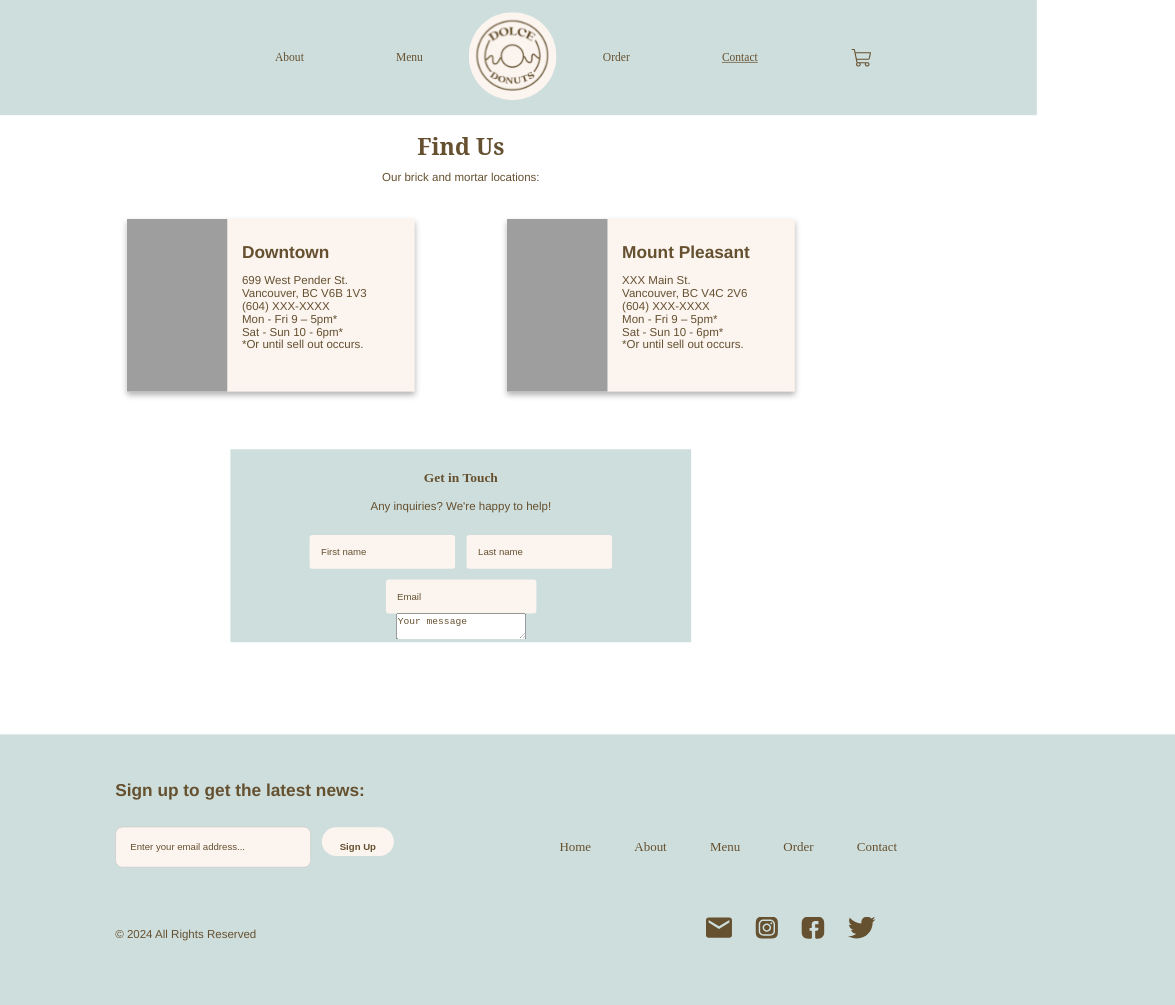
Repository: Crystalhtc/dolcedonuts
Page: /contact
The author's editor kept a copy of each file at every save. The page is drawn from the files as they stood at one save, then again after the next save.
The browser window is 1280 px wide. The page is 1632 px wide, so the pictures cover 1632 px, including what lies to the right of the window. The pictures show the whole page, at 72% of full size.
Pictures or frames that could not be fetched are drawn as grey boxes. The project was rebuilt for these pictures with package versions that can differ from the ones it lists, and the page was loaded fresh each time. Also part of the build but not shown: vite.config.js, src/pages/Home.module.css, src/pages/Home.jsx, src/components/ProductCard/ProductCard.jsx, src/Data/products.js, src/pages/Order.css, src/pages/Menu.jsx, src/pages/Order.jsx and 13 more.

Above is the page before, as saved 2024-10-20 15:27:16.

### src/App.jsx
import React from 'react';
import "./App.css";
import { BrowserRouter as Router, Route, Routes } from 'react-router-dom';
import Header from './components/Header/Header';
import Footer from './components/Footer/Footer';
import Home from './pages/Home';
import Menu from './pages/menu';
import Order from './pages/order';
import Contact from './pages/Contact';
import About from './pages/About';
import Checkout from './pages/Checkout';
import Cart from './pages/Cart';
import ProductDetails from './pages/ProductDetails';
import PaymentReview from './pages/PaymentReview';

function App() {

  return (
    <Router>
      <Header />
      <Routes>
        <Route path="/" element={<Home />} />
        <Route path="/about" element={<About />} />
        <Route path="/menu" element={<Menu />} />
        <Route path="/order" element={<Order />} />
        {/* <Route path="/productdetails/:id" element={<ProductDetails />} /> */}
        <Route path="/productdetails" element={<ProductDetails />} />
        <Route path="/contact" element={<Contact />} />
        <Route path="/cart" element={<Cart />} />
        <Route path="/checkout" element={<Checkout />} />
        <Route path="/paymentreview" element={<PaymentReview />} />
      </Routes>
      <Footer />
    </Router>
  );
}

export default App;

### src/App.css
@import url('https://fonts.googleapis.com/css2?family=Arimo:ital,wght@0,400..700;1,400..700&display=swap');
@import url('https://fonts.googleapis.com/css2?family=Noto+Serif:ital,wght@0,100..900;1,100..900&display=swap');

:root {
    --mint: #CEDEDC;
    --cream: #FBF4EF;
    --pink: #F5CCD6;
    --dark-pink: #E3BBC5;
    --brown: #655030;
    --dark-brown: #4C3B22;
}
body {
    margin: 0 auto;
}
/* font */
/* heading, button */
h1 {
    font-family: "Noto Serif", serif;
    color: #655030;
    font-size: 28pt;
}
/* subheading */
h2 {
    font-size: 24pt;
    font-family: 'Arimo', sans-serif;
    color: #655030;
}
/* paragraph */
p {
    font-family: 'Arimo', sans-serif;
    color: #655030;
}

.container {
    max-width: 1440px;
    margin: 0 auto;
    height: auto;
    /* padding: 20px;  */
}

### src/components/Header/Header.jsx
import { NavLink } from 'react-router-dom';
import styles from './Header.module.css';
import logo from '../../assets/logo.svg';
import cartIcon from '../../assets/cart-icon.svg';

export default function Header() {
  return (
    <nav className={styles.nav}>
      <ul className={styles.navList}>
        <li className={styles.navItem}>
          <NavLink to="/about" className={({ isActive }) => (isActive ? styles.activeLink : undefined)}>About</NavLink>
        </li>
        <li className={styles.navItem}>
          <NavLink to="/menu" className={({ isActive }) => (isActive ? styles.activeLink : undefined)}>Menu</NavLink>
        </li>
        <li className={styles.logoContainer}>
          <NavLink to="/">
            <img src={logo} alt="Logo" className={styles.logo} />
          </NavLink>
        </li>
        <li className={styles.navItem}>
          <NavLink to="/order" className={({ isActive }) => (isActive ? styles.activeLink : undefined)}>Order</NavLink>
        </li>
        <li className={styles.navItem}>
          <NavLink to="/contact" className={({ isActive }) => (isActive ? styles.activeLink : undefined)}>Contact</NavLink>
        </li>
        <li className={styles.navItem}>
          <NavLink to="/cart" className={({ isActive }) => (isActive ? styles.activeLink : undefined)}>
            <img src={cartIcon} alt="Cart" className={styles.cartIcon} />
          </NavLink>
        </li>
      </ul>
    </nav>
  );
}

### src/components/Footer/Footer.jsx
import React from 'react';
import styles from './Footer.module.css';
import socialMediaIcons from '../../assets/social-media-icons.svg';

const Footer = () => {
    return (
        <footer className={styles.footer}> {/* Use styles for className */}
            <h2 className={styles.signUpMessage}>Sign up to get the latest news:</h2>

            <div className={styles.topContainer}>
                <div className={styles.newsletterSignup}> {/* Use styles for className */}
                    <input type="email" placeholder="Enter your email address..." />
                       <button className={styles.signupButton}>Sign Up</button> {/* Use styles for className */}
                </div>

                 <div className={styles.footerLinks}>
                     <ul className={styles.linkList}>
                        <li><a href="/">Home</a></li>
                        <li><a href="/about">About</a></li>
                        <li><a href="/menu">Menu</a></li>
                        <li><a href="/order">Order</a></li>
                        <li><a href="/contact">Contact</a></li>
                    </ul>
                </div>
            </div>

            <div className={styles.footerBottomContainer}>
                <p>© 2024 All Rights Reserved</p>
                <div className={styles.socialMedia}> {/* Use styles for className */}
                    <img src={socialMediaIcons} alt="Social Media Icons" />
                </div>
            </div>
        </footer>
    );
};

export default Footer;

### src/pages/Contact.jsx
import styles from './Contact.module.css';
import Form from '../components/ContactUsForm/ContactForm';

export default function Contact() {
    return(
        <div className={styles.contactUsContainer}>
            <h1 className={styles.contactUsH1}>Find Us</h1>
            <p>Our brick and mortar locations:</p>
                <div className={styles.contactUsCardContainer}>
                    <div className={styles.contactUsCard}>
                        <div className={styles.locationOne}>
                            <img src="https://images.unsplash.com/photo-1574033566548-f6c3f48cc11e?q=80&w=2160&auto=format&fit=crop&ixlib=rb-4.0.3&ixid=M3wxMjA3fDB8MHxwaG90by1wYWdlfHx8fGVufDB8fHx8fA%3D%3D"
                            alt="cafe table 1"
                            width={140}
                            height={240}
                            className={styles.contactUsImg}
                            />
                            <div>
                                <h2 className={styles.contactUsText}>Downtown</h2>
                                    <p className={styles.contactUsText}> 699 West Pender St.
                                    <br/>
                                    Vancouver, BC V6B 1V3
                                    <br/>
                                    (604) XXX-XXXX
                                    <br/>
                                    Mon - Fri  9 – 5pm*
                                    <br/>
                                    Sat - Sun 10 - 6pm*
                                    <br/>
                                    *Or until sell out occurs.
                                    </p>
                            </div>

                        </div>
                    </div>

                    <div className={styles.contactUsCard}>
                        <div className={styles.locationOne}>
                            <img src="https://images.unsplash.com/photo-1613274554329-70f997f5789f?q=80&w=2574&auto=format&fit=crop&ixlib=rb-4.0.3&ixid=M3wxMjA3fDB8MHxwaG90by1wYWdlfHx8fGVufDB8fHx8fA%3D%3D"
                            alt="cafe table 2"
                            width={140}
                            height={240}
                            className={styles.contactUsImg}
                            />
                            <div>
                                <h2 className={styles.contactUsText}>Mount Pleasant</h2>
                                    <p className={styles.contactUsText}> XXX Main St.
                                    <br/>
                                    Vancouver, BC V4C 2V6
                                    <br/>
                                    (604) XXX-XXXX
                                    <br/>
                                    Mon - Fri  9 – 5pm*
                                    <br/>
                                    Sat - Sun 10 - 6pm*
                                    <br/>
                                    *Or until sell out occurs.
                                    </p>
                            </div>
                        </div>
                    </div>
                </div>
            <Form/>
        </div>
    )
}

### src/components/Header/Header.module.css
.nav {
    width: 1440px;
    height: 160px;
    background-color: var(--mint);
    display: flex;
    justify-content: center;
    flex-shrink: 0;
    margin: auto;
}

.navList {
    list-style-type: none;
    display: flex;
    justify-content: center;
    align-items: center;
    margin: 0;
    padding: 0;
    width: 100%;

    margin-left: 11%;
}

.navItem {
    margin: 0 4rem;
}

.navItem a {
    text-decoration: none;
    color: var(--brown);
}

.logoContainer {
    flex: 0 0 auto;
}

.logo {
    width: 122px;
    height: 122px;
    object-fit: contain;
}

.cartIcon {
    width: 36px;
    height: auto;
}

.navItem .activeLink {
    text-decoration: underline;
    color: var(--brown);
}

### src/components/Footer/Footer.module.css
.footer {
    width: 1440px;
    height: 312px;
    background-color: var(--mint);
    padding: 2rem;
    color: var(--brown);
    padding-left: 10rem;
    flex-shrink: 0;
    margin: auto;
}

.topContainer {
    display: flex;
    align-items: center;
    gap: 10rem;
}

.footerBottomContainer {
    display: flex;
    margin-top: 3rem;
    gap: 39rem;
}

.newsletterSignup input {
    padding: 20px;
    width: 230px;
    border: 1px solid #ccc;
    background-color: var(--cream);
    border-radius: 10px;
}

.signupButton {
    width: 100px;
    padding: 20px;
    margin-left: 15px;
    background-color: var(--cream);
    color: var(--brown);
    font-weight: bold;
    border: none;
    border-radius: 20px;
}

.footerLinks {
    margin: 20px 0;
    display: flex;
    font-size: large;
}

.linkList a {
    color: var(--brown);
    list-style-type: none;
    text-decoration: none;
}

.linkList li {
    text-decoration: none;
    display: inline;
    margin: 0 30px;
}

.socialMedia img {
    width: 250px;
    height: auto;
}

### src/pages/Contact.module.css
.contactUsContainer {
    text-align: center;
}

.contactUsH1 {
    margin-bottom: -2px;
}

.contactUsCardContainer {
    display: flex;
    gap: 10%;
    justify-content: center;
    margin-top: 3rem;
}

.locationOne {
    display: flex;
}

.contactUsText {
    text-align: left;
    padding-left: 20px;
}

.contactUsCard {
    background-color: var(--cream);
    width: 400px;
    box-shadow: 0 4px 8px rgba(0, 0, 0, 0.3);
    margin-bottom: 5rem;
}

### src/components/ContactUsForm/ContactForm.jsx
import { useState } from "react";
import styles from './ContactForm.module.css';

export default function Form() {
    const [firstName, setFirst] = useState('');
    const [lastName, setLast] = useState('');
    const [submitted, setSubmitted] = useState(false);

    const handleSubmission = async (e) => {
        e.preventDefault();
        console.log('Thank you for your inquiry!');
        setSubmitted(true);
    };

    return (
        <>
            {submitted ? (
                <div className={styles.successfulMessage}>
                    <h2>Thank you for your inquiry!</h2>
                    <p>You will hear from us within 14 business days.</p>
                </div>
            ) : (
                <form onSubmit={handleSubmission} className={styles.formContainer}>
                    <div className={styles.nameContainer}>
                        <h3>Get in Touch</h3>
                        <p>Any inquiries? We're happy to help!</p>
                        <div className={styles.nameFieldContainer}>
                            <div className={styles.nameField}>
                                <input
                                    className={styles.inputWidth}
                                    name="firstName"
                                    placeholder="First name"
                                    type="text"
                                    value={firstName}
                                    onChange={(e) => setFirst(e.target.value)}
                                    required
                                />
                            </div>
                            <div className={styles.nameField}>
                                <input
                                    className={styles.inputWidth}
                                    name="lastName"
                                    placeholder="Last name"
                                    type="text"
                                    value={lastName}
                                    onChange={(e) => setLast(e.target.value)}
                                    required
                                />
                            </div>
                        </div>
                        <div className={styles.formPlaceholders}>
                            <input type="email" name="email" placeholder="Email"/>
                        </div>

                        <div className={styles.formPlaceholders}>
                            <textarea name="message" placeholder="Your message"></textarea>
                        </div>
                    </div>

                </form>
            )}
        </>
    );
}

{/* <div className={styles.contactFormContainer}>
            <h2>Get in touch</h2>
            <p>Any inquiries? We're happy to help.</p>
            <form className={styles.form}>
                <div className={styles.formPlaceholdersName}>
                    <input type="text" name="firstName" placeholder="First name"/>
                    <br/>
                    <input type="text" name="lastName" placeholder="Last name"/>
                </div>

                <div className={styles.formPlaceholders}>

                </div>

                <div className={styles.formPlaceholders}>
                    <input type="email" name="email" placeholder="Email"/>
                </div>

                <div className={styles.formPlaceholders}>
                    <textarea name="message" placeholder="Your message"></textarea>
                </div>
            </form>
        </div> */}

### src/pages/Checkout.module.css
.checkoutContainer {
    display: flex;
    align-items: center;
    justify-content: center;
}

input {
    background-color: var(--cream);
    border: none;
    padding: 1rem;
    border-radius: 4px;
}

.contactInputs {
    display: flex;
    flex-direction: column;
}

.checkoutContainer {
    display: flex;
    justify-content: space-between;
    align-items: start;
    padding: 2rem;
    max-width: 1200px;
    margin: 0 auto;
    gap: 3rem;
}

.leftColumn {
    flex: 2;
}

.rightColumn {
    flex: 1;
    padding: 2rem;
    height: fit-content;
    border-left: 1px solid var(--brown);
}

::placeholder {
    color: var(--brown);
}

h3 {
    color: var(--brown);
}

/* Contact Section */
.contactInputs {
    display: flex;
    flex-direction: column;
    gap: 1rem;
}

/* Delivery Section */
.deliveryOptions {
    display: flex;
    flex-direction: column;
    align-items: center;
}

.deliveryToggle {
    display: flex;
    align-items: center;
    gap: 1rem;
    margin: 1rem 0;
    background-color: var(--cream);
    border-radius: 10px;
    padding: 0.5rem;
    width: 60%;
}

/* Delivery Toggle Buttons */
.deliveryToggle {
    display: flex;
    gap: 1rem; /* Space between buttons */
}

.deliveryToggle button {
    padding: 0.75rem 1rem;
    border: none;
    border-radius: 20px;
    cursor: pointer;
    flex: 1;
    transition: background-color 0.3s ease; /* Smooth transition */
}

/* Default styles */
.pickupButton {
    background-color: transparent; /* Inactive state */
    color: var(--brown); /* Text color */
}

.deliveryButton {
    background-color: transparent; /* Inactive state */
    color: var(--brown); /* Text color */
}

/* Active styles */
.pickupButton.active,
.deliveryButton.active {
    background-color: var(--mint); /* Active button color */
}

/* Hover state */
.deliveryToggle button:hover {
    background-color: pink; /* Hover state */
}

/* Optional: Set a specific color for inactive buttons' text */
.deliveryToggle button:not(.active) {
    color: var(--brown); /* Change to desired inactive text color */
}

.addresses {
    display: flex;
    flex-direction: column;
    gap: 1rem;
}

.downtown, .mountPleasant {
    background-color: var(--cream);
    border-radius: 10px;
    padding: 1rem;
    display: flex;
    gap: 1rem;
    align-items: start;
}


/* Payment Section */
.paymentContainer {
    margin: 1rem 0;
}

.creditCardTitle {
    background: var(--mint);
    padding: 0.5rem 1rem;
    margin-bottom: 1rem;
}

.paymentInputs {
    display: flex;
    flex-direction: column;
    gap: 1rem;
}

.fullWidthInput input {
    width: 100%;
}

.halfWidthInput {
    display: flex;
    justify-content: space-between;
}

.firstHalfInput {
    width: 100%;
}

.secondHalfInput {
    width: 100%;
    display: flex;
    justify-content: end;
}

.firstHalfInput input {
    width: 90%;
}

.secondHalfInput input {
    width: 90%;
}

.halfWidthInputField input {
    width: 50%
}

.paymentInputs > div {
    display: flex;
    gap: 1rem;
}

/* Right Column Styling */
.checkoutProducts {
    display: flex;
    flex-direction: column;
    gap: 1rem;
    margin-bottom: 2rem;
}

.discountCode {
    display: flex;
    gap: 1rem;
    margin-bottom: 2rem;
    height: 3rem;
}

.discountInput {
    flex: 1;
    background: none;
    border: 2px solid var(--mint);
}

.discountButton {
    height: 3rem;
    padding: 0 1.5rem;
    background: none;
    border: none;
    border-radius: 10px;
    cursor: pointer;
    background: var(--cream);
}

.discountButton:hover {
    background: var(--brown);
    color: var(--cream);
}

.price {
    display: flex;
    flex-direction: column;
    margin-bottom: 2rem;
}

.subtotal, .tax, .total {
    display: flex;
    justify-content: space-between;
    align-items: center;
}

.total {
    font-weight: bold;
    font-size: 1.2rem;
    border-top: 1px solid #ccc;
    padding-top: 1rem;
}

/* Section Headers */
h1 {
    margin-bottom: 2rem;
    font-size: 2rem;
}

h2 {
    margin: 2rem 0 1rem 0;
    font-size: 1.5rem;
}

/* Responsive Design */
@media (max-width: 768px) {
    .checkoutContainer {
        flex-direction: column;
        padding: 1rem;
    }

    .rightColumn {
        width: 100%;
    }

    .paymentInputs > div,
    .addressInputs > div {
        flex-direction: column;
    }
}

### src/pages/PaymentReview.module.css

.reviewContainer > h1 {
    margin: 2rem auto;
    text-align: center;
    color: var(--brown);
}

.orderReview {
    display: flex;
    justify-content: space-between;
    align-items: start;
    width: 100%;
    gap: 2rem;
}

.orderDetails {
    flex: 2;
    margin-left: 2rem;
}

.orderSummary {
    flex: 1;
    padding: 2rem;
    height: fit-content;
    border-left: 1px solid var(--brown);
}

.orderTable {
    border-collapse: collapse;
    background: var(--cream);
}

.orderTable tr {
    border: 1px solid var(--brown);
}

.orderTable td {
    padding: 1rem;
    color: var(--brown);
}

.orderTable td:first-child {
    font-weight: bold;
    width: 30%;
}

.productList {
    display: flex;
    flex-direction: column;
    gap: 1rem;
    margin-bottom: 2rem;
}

.productCard {
    display: flex;
    gap: 1rem;
    padding: 1rem;
    border: 1px solid var(--brown);
    background-color: var(--cream);
    align-items: start;
    justify-content: start;
}

.productImage {
    width: 80px;
    height: 80px;
    background-color: #f0f0f0;
    border-radius: 4px;
}

.productInfo {
    flex: 1;
    color: var(--brown);
}

.productName {
    font-size: 1.2rem;
    font-weight: bold;
    color: var(--brown);
}

.productPrice {
    color: var(--brown);
    font-weight: bold;
}

.priceSummary {
    display: flex;
    flex-direction: column;
    margin-bottom: 2rem;
}

.subtotal, .tax, .total {
    display: flex;
    justify-content: space-between;
    align-items: center;
    color: var(--brown);
}

.total {
    font-weight: bold;
    font-size: 1.2rem;
    border-top: 1px solid var(--brown);
    padding-top: 1rem;
}

.continueButtonContainer {
    width: 100%;
    display: flex;
    justify-content: center;
    margin-top: 2rem;
}

.continueButton {
    width: 50%;
}

/* Section Headers */
h1 {
    margin-bottom: 2rem;
    font-size: 2rem;
    color: var(--brown);
}

/* Responsive Design */
@media (max-width: 768px) {
    .reviewContainer {
        padding: 1rem;
    }

    .orderSummary {
        width: 100%;
        border-left: none;
        border-top: 1px solid var(--brown);
        padding-top: 2rem;
    }

    .continueButton button {
        width: 100%;
    }

    .orderTable td {
        display: block;
        width: 100%;
    }

    .orderTable td:first-child {
        width: 100%;
        padding-bottom: 0;
    }
}

### src/components/ProductCard/ProductCard.module.css
.container {
    width: 340px;
    height: 530px;
    border-radius: 8px;
    padding: 18px 8px;
    box-shadow: 0px 4px 4px 0px rgba(0, 0, 0, 0.25);
    display: flex;
    flex-direction: column;
    align-items: center;
}
.priceAndButton {
    display: flex;
    flex-direction: row;
    align-items: center;
    gap: 10em;
}
button {
    width: 95px;
    height: 36px;
    border-radius: 8px;
    border: none;
    color: var(--brown);
    background: var(--Cream, #FBF4EF);
}
button h2 {
    margin: 0;
}

### src/components/ContactUsForm/ContactForm.module.css
.form {
    justify-content: left;
    text-align: left;
}
.formPlaceholdersName {
    display: flex;
}

.contactFormContainer {
    text-align: center;
}

.nameFieldContainer {
    display: flex;
    justify-content: center;
    gap: 1rem;
    padding-top: 15px;
    padding-bottom: 15px;
}

.inputWidth{
    width: 170px;
}

.formPlaceholders {
    width: ;
}

form {
    background-color: var(--mint);
    margin-left: 25%;
    margin-right: 25%;
    margin-bottom: 10%;
    padding-top: 10px;
}

Loaded but not shown: index.html (common file); src/main.jsx (common file)

After the next save:
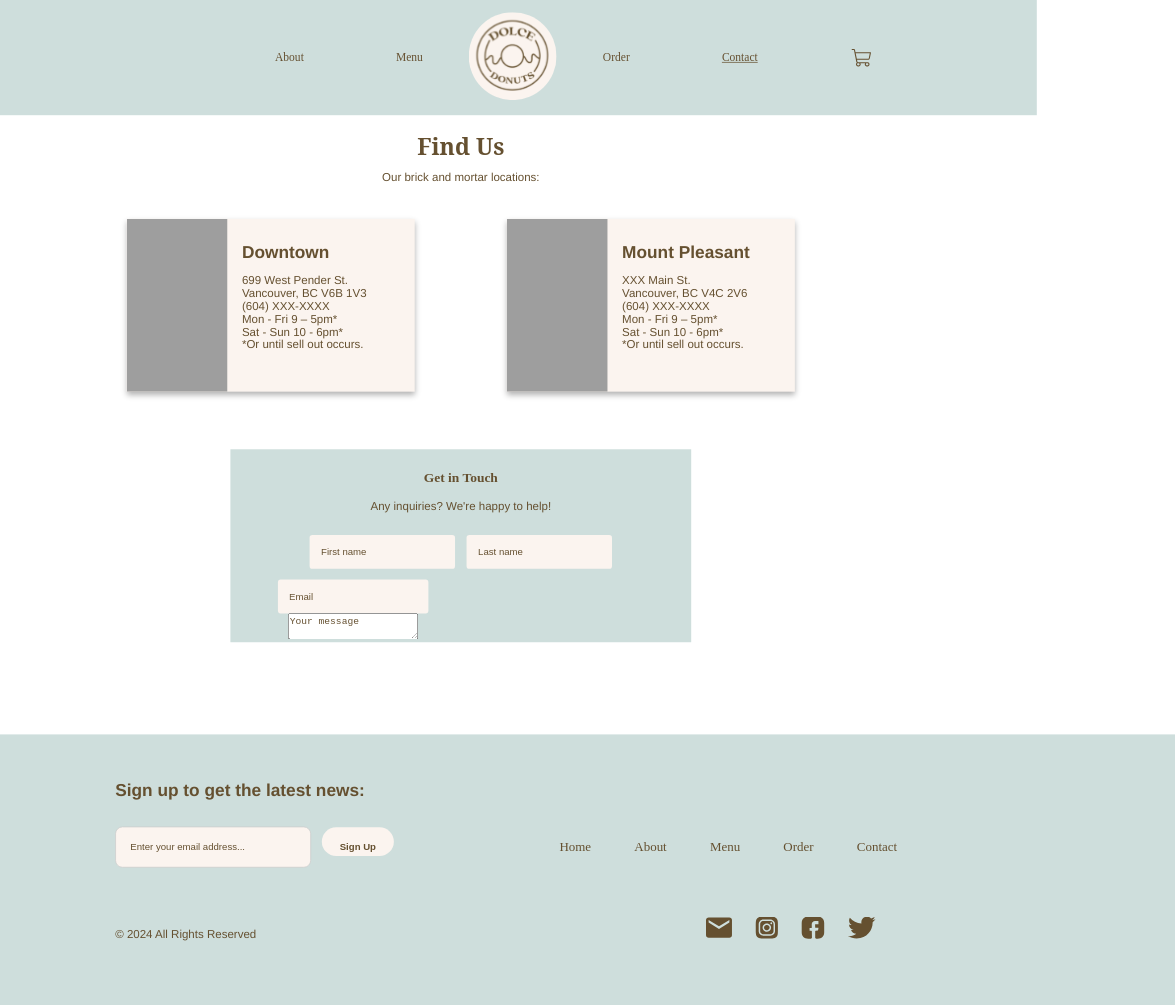
Saved 14 s later.
--- a/src/components/ContactUsForm/ContactForm.module.css
+++ b/src/components/ContactUsForm/ContactForm.module.css
@@ -23,7 +23,7 @@
 }
 
 .formPlaceholders {
-    width: ;
+    width: 340px;
 }
 
 form {
